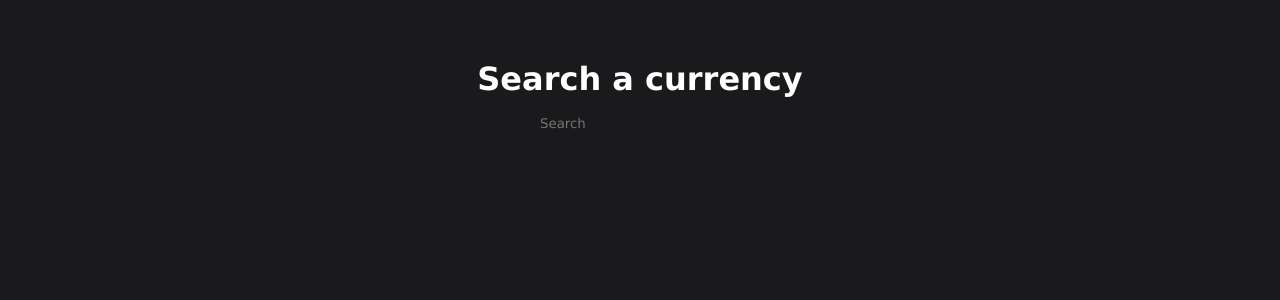
Repository: adder206/react-api-crypto-tracker
Page: /
An editor plug-in stored every save of this project. The page is shown before and after the next save, followed by the edit.
The browser window is 1280 px wide. The pictures show the whole page.
The page's requests for data from a server got no answer. The project was rebuilt for these pictures with package versions that can differ from the ones it lists, and the page was loaded fresh each time. No one was signed in, and anything a server would have sent is missing. Also part of the build but not shown: src/Coin.js, src/Coin.css.

Above is the page before, as saved 2021-03-12 13:55:12.

After the next save:
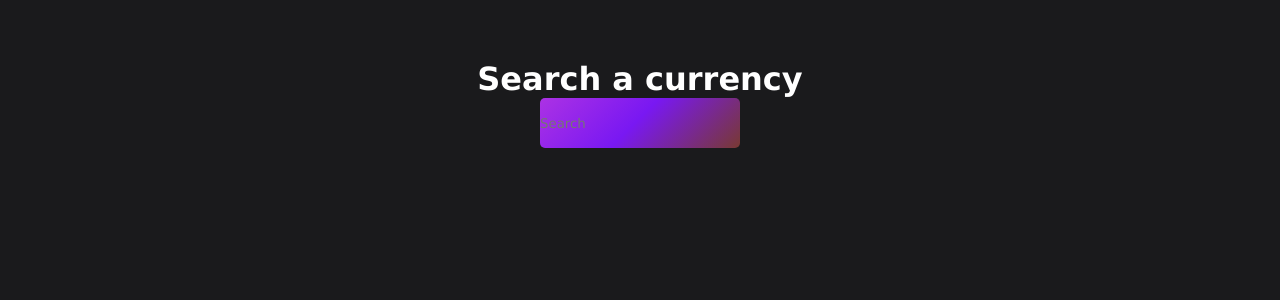
Saved 26 s later.
--- a/src/App.css
+++ b/src/App.css
@@ -30,7 +30,7 @@
   border-radius: 5px;
   border: none;
   background-image:linear-gradient(
-    -225 deg,
+    -225deg,
     #ac32e4 0%,
     #7918f2 48%,
     #783932 100%
